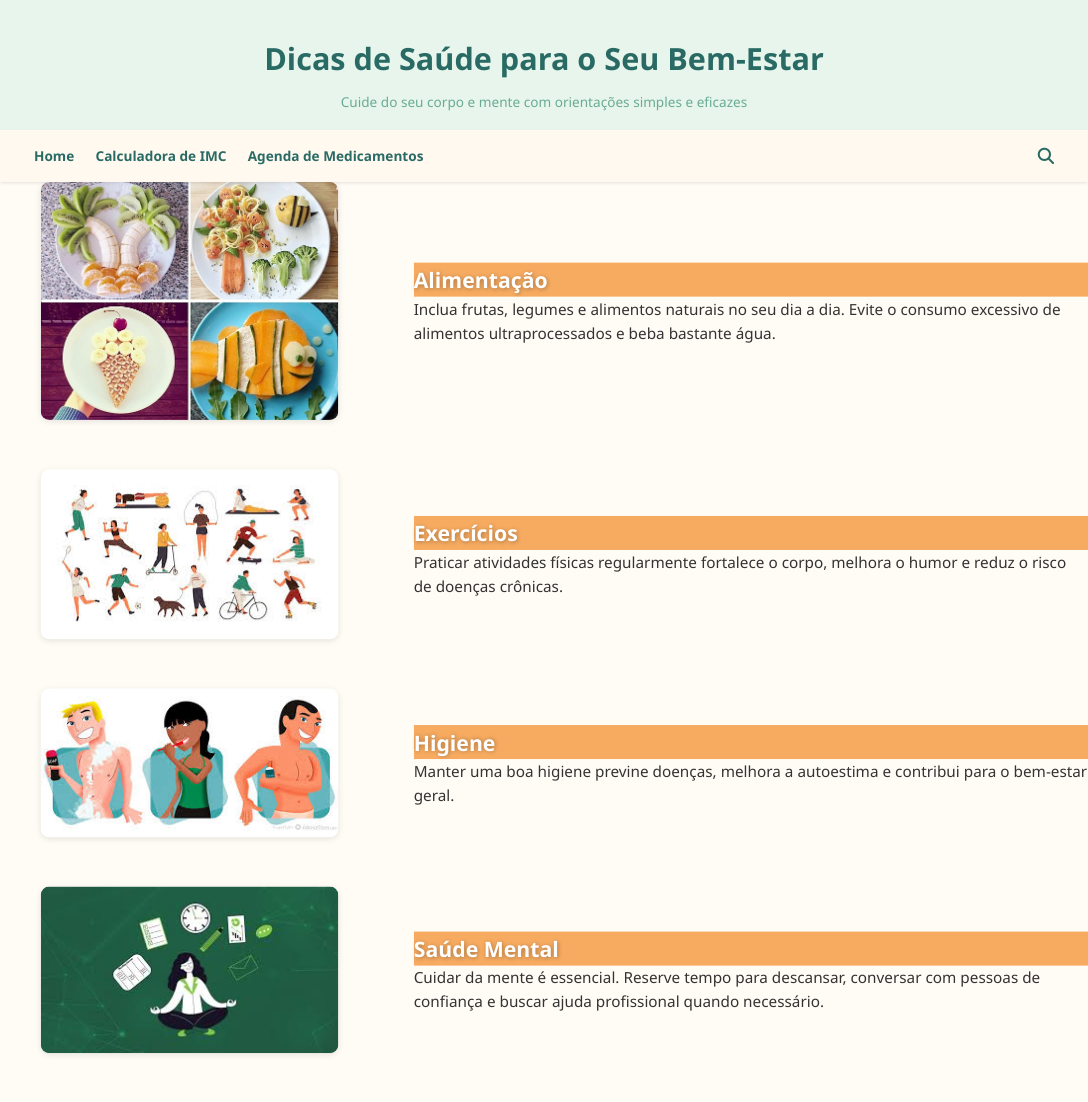
Repository: Cristiane-Sartori14/dicasSaude
Page: index.html
These files come from the project's save history. The page is drawn as it stood at one moment and after the next save; the edit follows.
The browser window is 1280 px wide. The pictures show the whole page, at 85% of full size.

Above is the page before, as saved 2025-05-21 10:46:19.

After the next save:
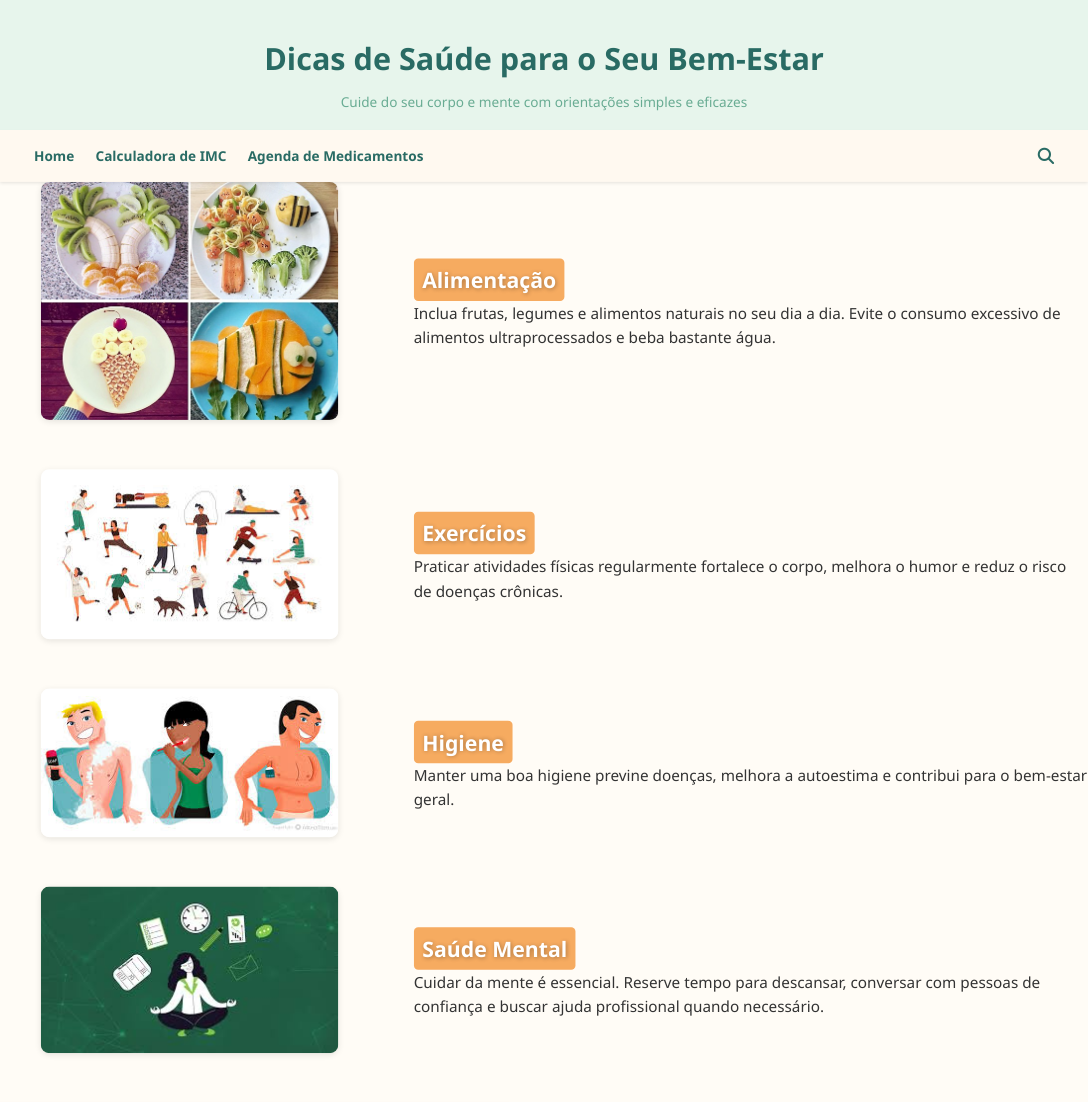
Saved 24 s later.
--- a/style.css
+++ b/style.css
@@ -120,6 +120,9 @@ body {
     color: #fff;
     background-color: #F6AB60;
     text-shadow: 1px 1px 5px rgba(0, 0, 0, 0.3);
+    padding: 5px 10px;
+    border-radius: 5px;
+    display: inline-block;
 }
 
 .texto p {
